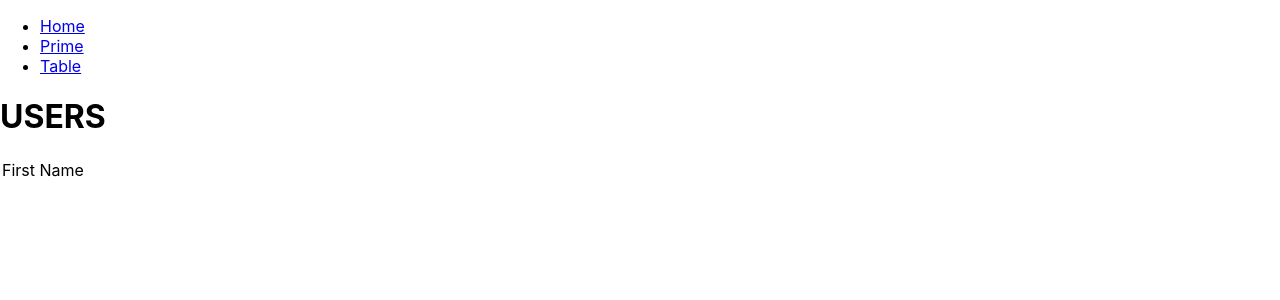
Repository: mandahos/prime-pop
Page: /table
The author's editor kept a copy of each file at every save. The page is drawn from the files as they stood at one save, then again after the next save.
The browser window is 1280 px wide. The pictures show the whole page.
The project was rebuilt for these pictures with package versions that can differ from the ones it lists, and the page was loaded fresh each time. Also part of the build but not shown: src/App.css, src/App.js, src/Pages/Home.js.

Above is the page before, as saved 2022-10-02 20:40:26.

### src/index.js
import React from 'react';
import ReactDOM from 'react-dom/client';
import './index.css';
import App from './App';
import Home from './Pages/Home';
import Prime from './Pages/Prime';
import Table from './Pages/Table';
import Layout from './Pages/Layout';
import reportWebVitals from './reportWebVitals';
import { BrowserRouter, Routes, Route } from 'react-router-dom';

const root = ReactDOM.createRoot(document.getElementById('root'));
root.render(
  <React.StrictMode>
    <BrowserRouter>
    <Routes>
        <Route path="/" element={<Layout />}>
          <Route index element={<Home />} />
          <Route path="prime" element={<Prime />} />
          <Route path="table" element={<Table />} />
        </Route>
      </Routes>
    </BrowserRouter>
  </React.StrictMode>
);

// If you want to start measuring performance in your app, pass a function
// to log results (for example: reportWebVitals(console.log))
// or send to an analytics endpoint. Learn more: https://bit.ly/CRA-vitals
reportWebVitals();

### src/Pages/Prime.js
import React from "react";

function Prime() {
    //prime 1-1000 written, first indicates where to start and when to end loop, second variable is indicating how to show if prime.
    for (var n = 2; n <= 1000; n++) {
        for (var i = 2; i < n; i++) {
            if (n % i === 0)
            {
                break;
            }
        }
        if (n === i)
        {
        document.write(i+"<br>");
        }
    }

}
//math right, need to print on page//in console
console.log(Prime(2));


export default Prime;

### src/Pages/Table.js
import React from "react";

function Table(){
    return(

        <div className="app-container">
        <h1> USERS </h1>
        <table>
            <thead>
               <tr>First Name</tr>
            </thead>
        </table>
        </div>

    );
}


export default Table;

### src/Pages/Layout.js
import React from "react";
import {Outlet} from "react-router-dom";
import NavBar from "../Components/NavBar";

function Layout() {
    return(
        <>
        <NavBar />
        <Outlet />
        </>
    );
};

export default Layout;

### src/Components/NavBar.js
import React from "react";
import {BrowserRouter, Route, Link} from "react-router-dom";

function NavBar() {
    return(
        <nav>
            <ul>
                <li>
                    <Link to='/'>Home</Link>
                </li>
                <li>
                    <Link to='/prime'>Prime</Link>
                </li>
                <li>
                    <Link to='/'>Table</Link>
                </li>
            </ul>
        </nav>
    );

}

export default NavBar

Loaded but not shown: public/index.html (common file); src/index.css (common file); src/reportWebVitals.js (common file)

After the next save:
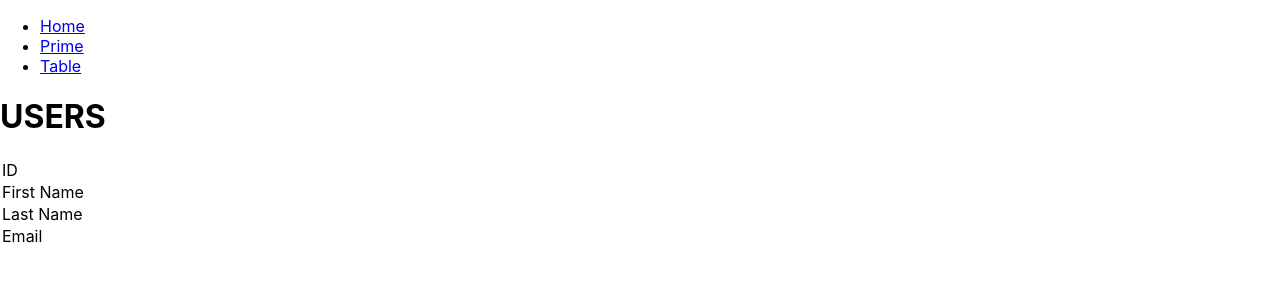
Saved 33 s later.
--- a/src/Pages/Table.js
+++ b/src/Pages/Table.js
@@ -7,7 +7,10 @@ function Table(){
         <h1> USERS </h1>
         <table>
             <thead>
+               <tr>ID</tr>
                <tr>First Name</tr>
+               <tr>Last Name</tr>
+               <tr>Email</tr>
             </thead>
         </table>
         </div>
